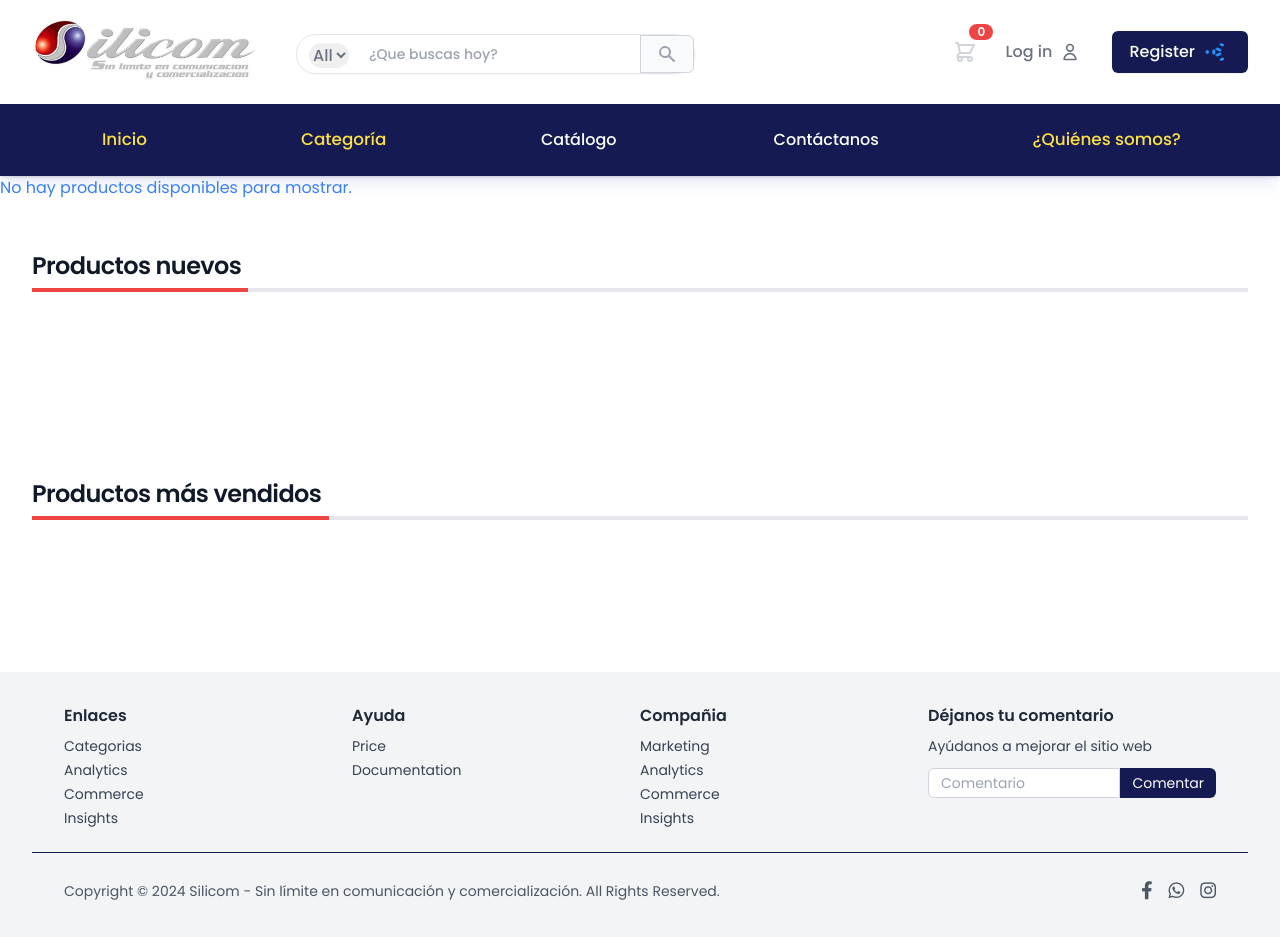
Repository: Francovg18/ecommerce
Page: /
An editor plug-in stored every save of this project. The page is shown before and after the next save, followed by the edit.
The browser window is 1280 px wide. The pictures show the whole page.
The page's requests for data from a server got no answer. The project was rebuilt for these pictures with package versions that can differ from the ones it lists, and the page was loaded fresh each time. No one was signed in, and anything a server would have sent is missing. Also part of the build but not shown: src/contenedores/errors/Error404.jsx, src/contenedores/auth/Signup.js, src/contenedores/auth/Login.js, src/contenedores/auth/Activate.js, src/contenedores/auth/ResetPassword.js, src/contenedores/auth/ResetPasswordConfirm.js, src/componentes/product/ProductCard.js, src/helpers/fixedPrices.js and 27 more.

Above is the page before, as saved 2025-01-18 01:22:03.

After the next save:
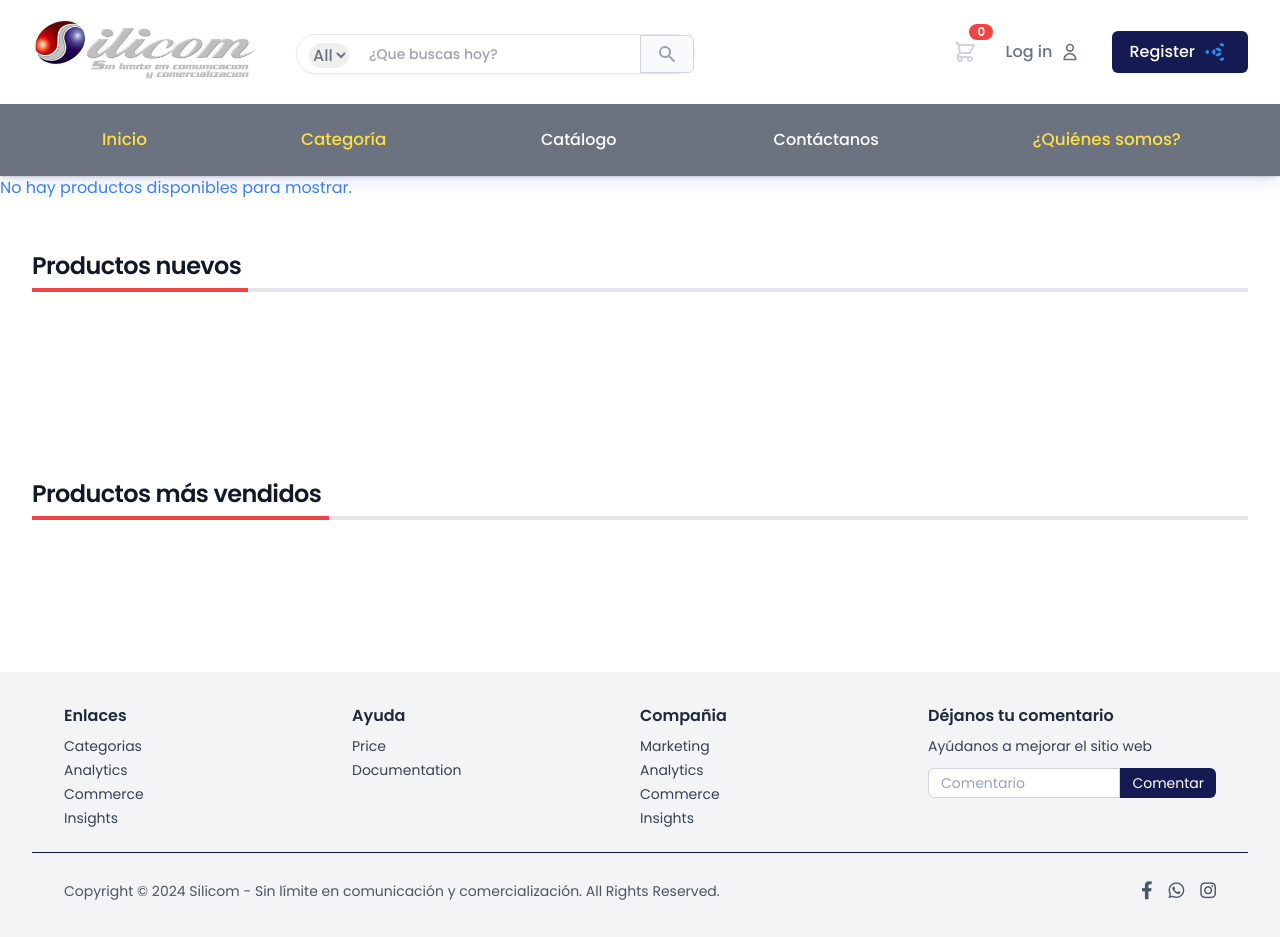
Saved 2 min 32 s later.
--- a/src/componentes/navegacion/Navbar.js
+++ b/src/componentes/navegacion/Navbar.js
@@ -202,7 +202,7 @@
     </div>
 
       </div>
-      <div className="hidden md:flex bg-midnight-blue text-white py-4 px-6 justify-around items-center shadow-lg shadow-blue-800/10">
+      <div className="hidden md:flex bg-gray-500 text-white py-4 px-6 justify-around items-center shadow-lg shadow-blue-800/10">
       {[
         { to: "/", label: "Inicio" },
         { to: "/", label: "Categoría" },

After the save that followed:
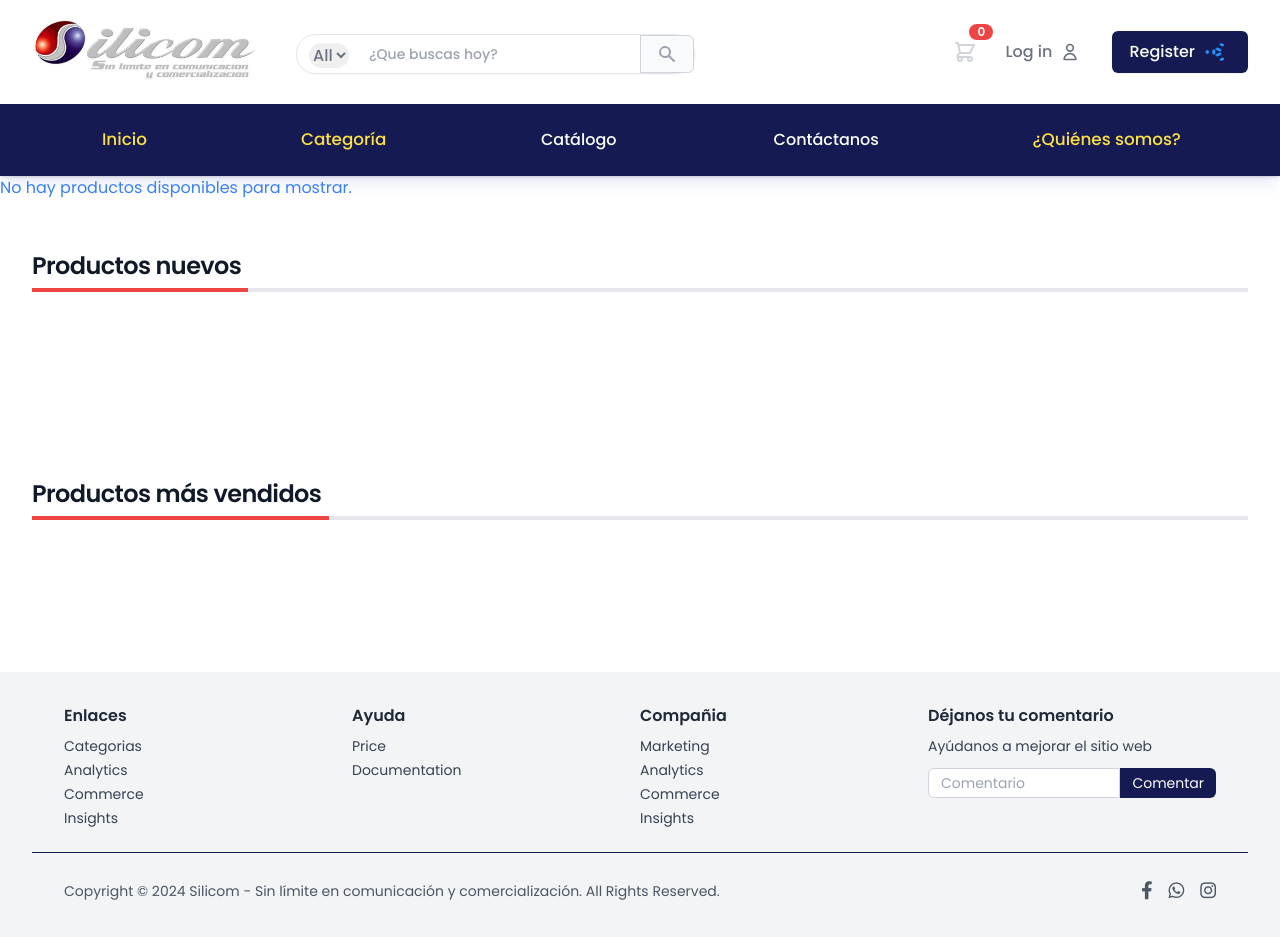
Saved 7 s later.
--- a/src/componentes/navegacion/Navbar.js
+++ b/src/componentes/navegacion/Navbar.js
@@ -202,7 +202,7 @@
     </div>
 
       </div>
-      <div className="hidden md:flex bg-gray-500 text-white py-4 px-6 justify-around items-center shadow-lg shadow-blue-800/10">
+      <div className="hidden md:flex bg-midnight-blue text-white py-4 px-6 justify-around items-center shadow-lg shadow-blue-800/10">
       {[
         { to: "/", label: "Inicio" },
         { to: "/", label: "Categoría" },
